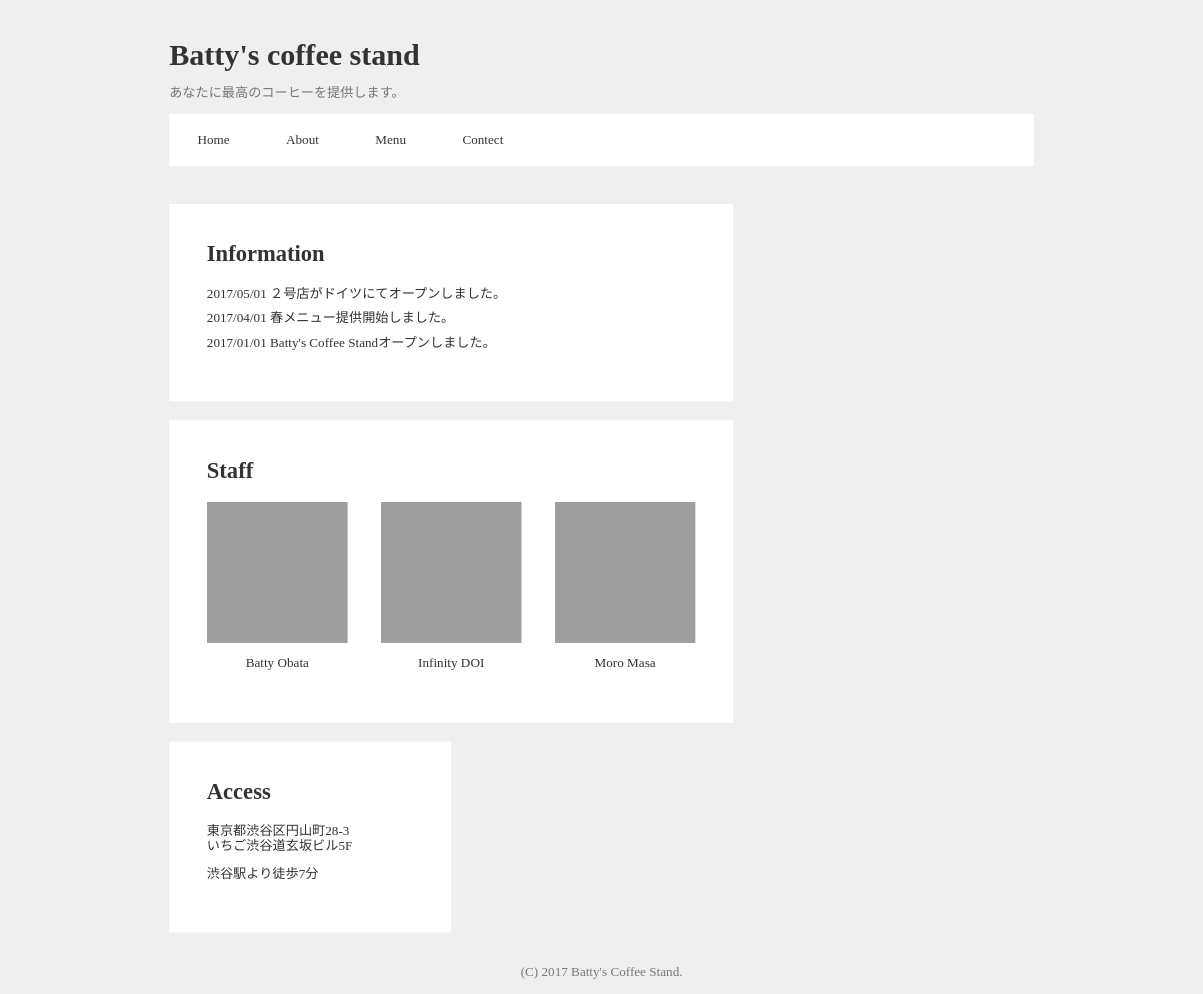
Repository: Black-Holy/rails-07-
Page: HTML/batty_coffee_stand/index.html
The author's editor kept a record of every edit. The page is drawn from the files as they stood at one moment, then again after the next edit.
The browser window is 1280 px wide. The pictures show the whole page, at 94% of full size.
Pictures or frames that could not be fetched are drawn as grey boxes.

Above is the page before.

### HTML/batty_coffee_stand/index.html
<!DOCTYPE HTML>
<html>
  <head>
    <meta charset="UTF-8">
    <title>Batty's Coffee Stand</title>
    <link rel="stylesheet" href="css/normalize.css">
    <link rel="stylesheet" href="css/style.css">
  </head>
  <body>
  <header>
    <div class="container">
      <div class="header-title-area">
        <h1 class="logo">Batty's coffee stand</h1>
        <p class="text-sub">あなたに最高のコーヒーを提供します。</p>
        <ul class="header-navigation">
          <li><a href="#">Home</a></li>
          <li><a href="#">About</a></li>
          <li><a href="#">Menu</a></li>
          <li><a href="#">Contect</a></li>
        </ul>
      </div>
    </div>
  </header>
  <div class="main">
    <div class="container">
      <div class="left-contents">
        <div class="card-contents">
          <h2 class="text-title">Information</h2>
          <ul class="information-list">
            <li>2017/05/01 ２号店がドイツにてオープンしました。</li>
            <li>2017/04/01 春メニュー提供開始しました。</li>
            <li>2017/01/01 Batty's Coffee Standオープンしました。</li>
          </ul>
        </div>
        <div class="card-contents">
          <h2 class="text-title">Staff</h2>
          <div class="staff-list-area">
            <div class="staff-list">
              <img src="./staff_01.jpg" class="staff-image">
              <p class="staff-name">Batty Obata</p>
            </div>
            <div class="staff-list">
              <img src="./staff_02.jpg" class="staff-image">
              <p class="staff-name">Infinity DOI</p>
            </div>
            <div class="staff-list">
              <img src="./staff_03.jpg" class="staff-image">
              <p class="staff-name">Moro Masa</p>
            </div>
          </div>
        </div>
        <div class="right-contents">
          <div class="card-contents">
            <h2 class="text-title">Access</h2>
            <p>東京都渋谷区円山町28-3<br>いちご渋谷道玄坂ビル5F</p>
            <p>渋谷駅より徒歩7分</p>
          </div>
        </div>
      </div>
    </div>
  </div>
  <footer>
    <p class="copyright">(C) 2017 Batty's Coffee Stand.</p>
  </footer>
  </body>
</html>

### HTML/batty_coffee_stand/css/style.css
body {
  background-color: #efefef;
  font-size: 14px;
  color: #333;
  margin: 0;
}

h1,h2,h3,h4,h5 {
  margin: 0 0 10px 0;
  padding: 0;
}

header {
  margin-top: 20px;
}

.container {
  width: 920px;
  margin: 0 auto 40px auto;
}

.header-title-area {
  margin-top: 40px;
  margin-bottom: 30px;
}

.logo {
  font-size: 32px;
}

.text-sub {
  color: #777;
}

.header-navigation {
  width: 100%;
  background-color: #fff;
  padding: 20px 0;
}

.header-navigation:after {
  clear: both;
  display: block;
  content: " ";
}

.header-navigation li {
  float: left;
  padding: 0 30px;
  text-align: center;
  list-style-type: none;
}

.header-navigation li a {
  color: #333;
  text-decoration: none;
}

.text-title {
  font-size: 24px;
  font-weight: bold;
  margin-top: 0;
  margin-bottom: 20px;
}

.card-contents {
  padding: 40px;
  display: block;
  margin-bottom: 20px;
  background-color: #fff;
}

.left-contents {
  width: 600px;
  margin-right: 20px;
  float: left;
}

.right-contents {
  width: 300px;
  float: left;
}

.information-list {
  list-style-type: none;
  padding-left: 0;
}

.information-list li {
  margin-bottom: 10px;
}

.staff-list-area:after {
  clear: both;
  display: block;
  content: " ";
}

.staff-list {
  width: 150px;
  margin-right: 35px;
  float: left;
}

.staff-list:last-child {
  margin-right: 0;
}

.staff-image {
  margin-bottom: 10px;
  width: 150px;
  height: 150px;
  display: block;
}

.staff-name {
  text-align: center;
}

.copyright {
  color: #777;
  text-align: center;
}

.main:after {
  clear: both;
  display: block;
  content: " ";
}

Loaded but not shown: HTML/batty_coffee_stand/css/normalize.css (library)

After the next edit:
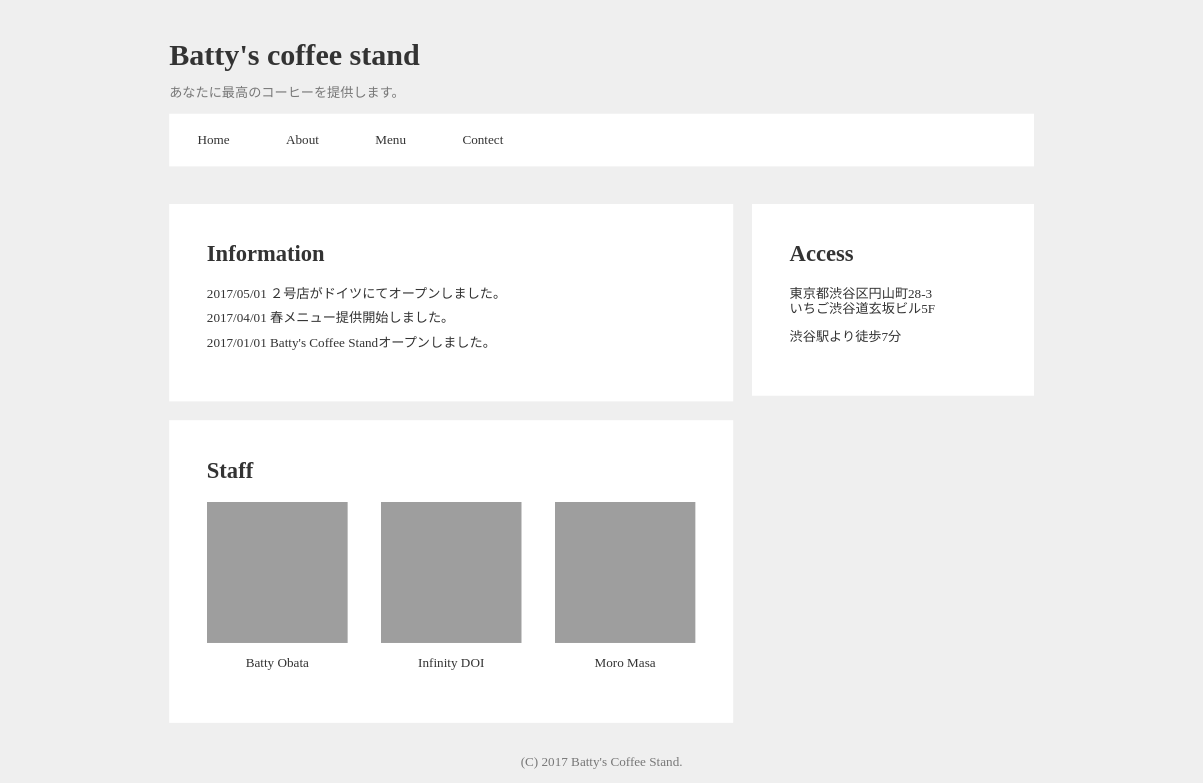
The edit:
--- a/HTML/batty_coffee_stand/index.html
+++ b/HTML/batty_coffee_stand/index.html
@@ -49,12 +49,12 @@
             </div>
           </div>
         </div>
-        <div class="right-contents">
-          <div class="card-contents">
-            <h2 class="text-title">Access</h2>
-            <p>東京都渋谷区円山町28-3<br>いちご渋谷道玄坂ビル5F</p>
-            <p>渋谷駅より徒歩7分</p>
-          </div>
+      </div>
+      <div class="right-contents">
+        <div class="card-contents">
+          <h2 class="text-title">Access</h2>
+          <p>東京都渋谷区円山町28-3<br>いちご渋谷道玄坂ビル5F</p>
+          <p>渋谷駅より徒歩7分</p>
         </div>
       </div>
     </div>
